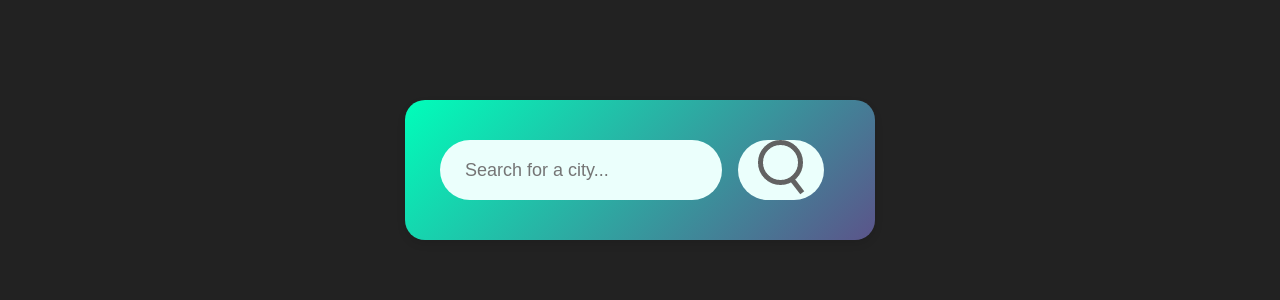
Repository: Abdelilah-Lakrim/Weather-App
Page: index.html
The author's editor kept a copy of each file at every save. The page is drawn from the files as they stood at one save, then again after a run of saves.
The browser window is 1280 px wide. The pictures show the whole page.

Above is the page before, as saved 2025-06-17 11:08:47.

After the next 3 saves:
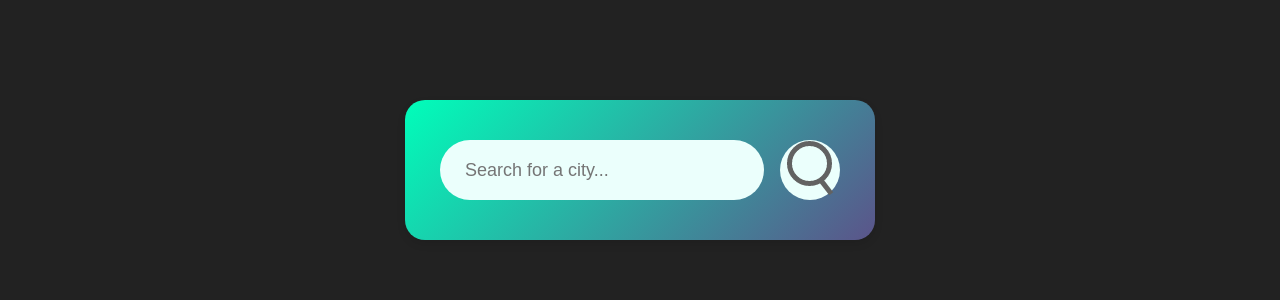
The 3 saves are shown as one change because they came seconds apart.
The last was saved 8 s later.
--- a/style.css
+++ b/style.css
@@ -48,7 +48,4 @@ body{
     height: 60px;
     width: 60px;
     border-radius: 50px;
-    flex: 1;
-    margin-right: 16px;
-    font-size: 18px;
-}
+    cursor: pointer;
